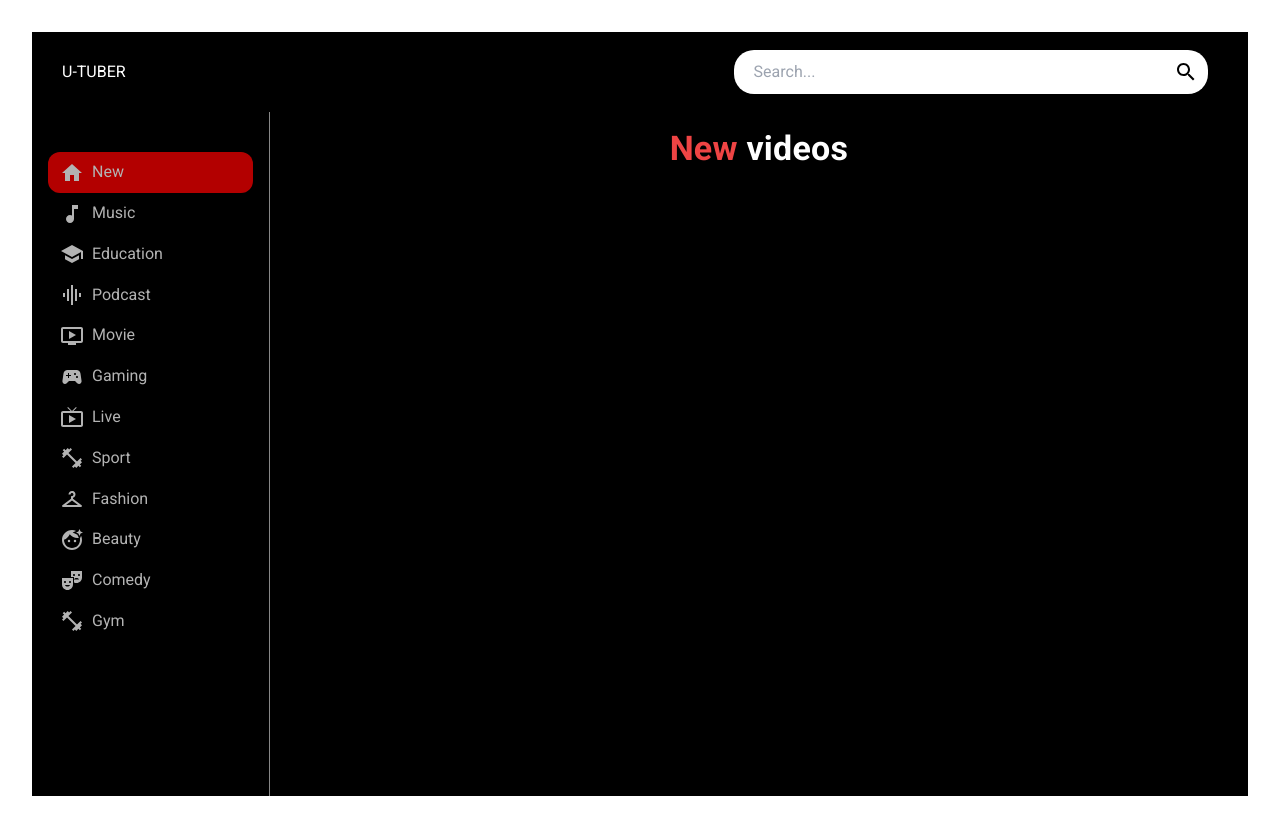
Repository: Nurlan-Bakenbaev/YoutubeClone
Page: /
These files come from the project's save history. The page is drawn as it stood at one moment and after the next save; the edit follows.
The browser window is 1280 px wide. The pictures show the whole page.
The page's requests for data from a server got no answer. The project was rebuilt for these pictures with package versions that can differ from the ones it lists, and the page was loaded fresh each time. No one was signed in, and anything a server would have sent is missing. Also part of the build but not shown: vite.config.js, src/components/VideoCard.jsx, src/components/ChannelCard.jsx, src/components/VideoDetails.jsx, src/components/SearchFeed.jsx, src/components/ChannelDetails.jsx.

Above is the page before, as saved 2023-09-08 15:29:49.

After the next save:
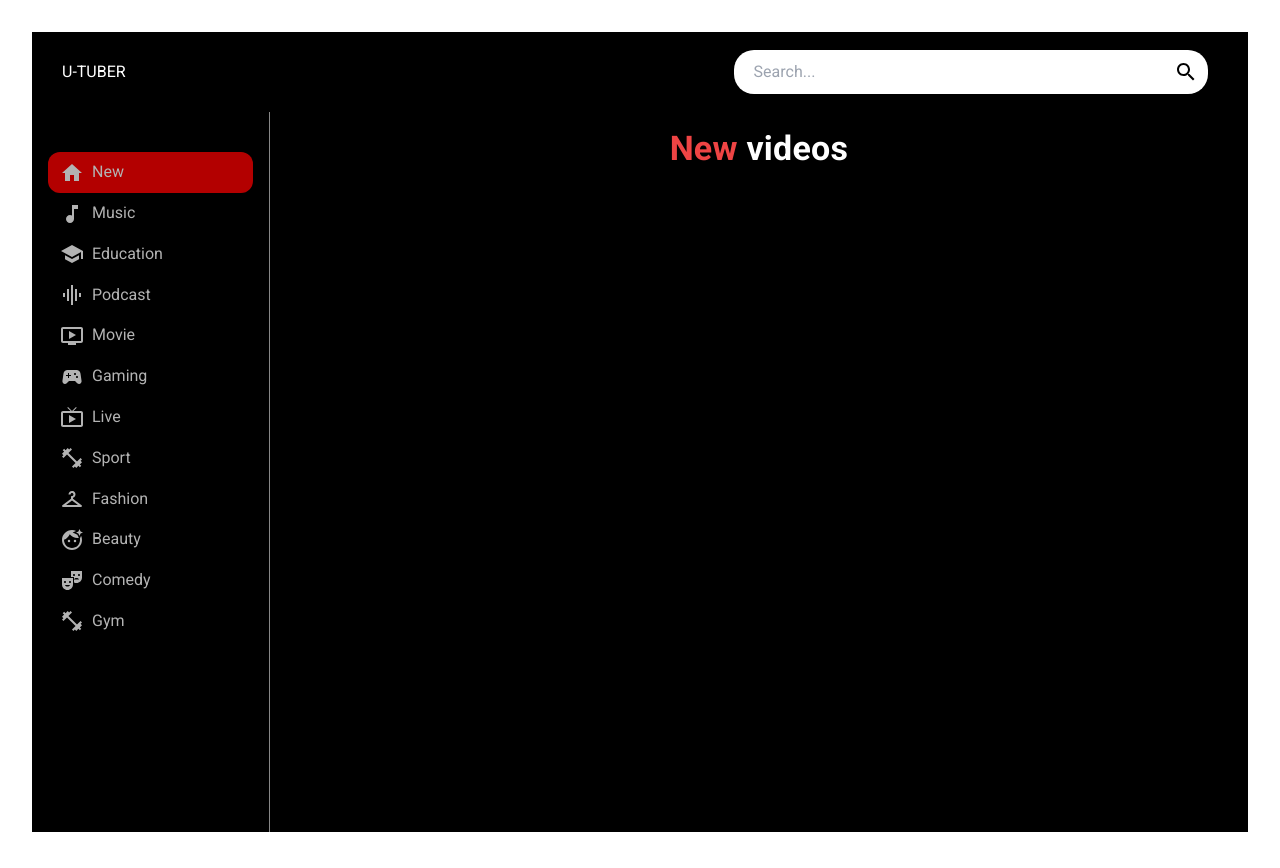
Saved 6 s later.
--- a/src/components/Feed.jsx
+++ b/src/components/Feed.jsx
@@ -16,7 +16,7 @@ const Feed = () => {
     <Stack sx={{ flexDirection: { sx: "column", md: "row" } }}>
       <Box
         sx={{
-          height: { sx: "auto", md: "95vh" },
+          height: { sx: "auto", md: "100vh" },
           borderRight: "1px solid #878787 ",
           px: { sx: 0, md: 2 },
         }}
